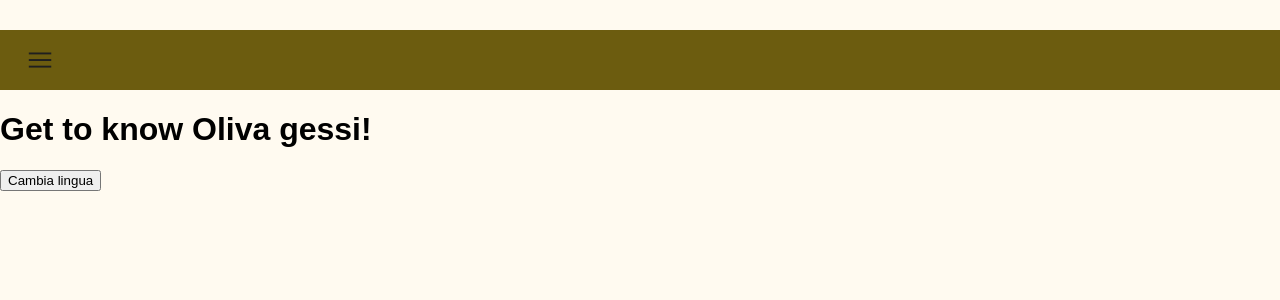
Repository: Seaside-Jokers/Oliva-gessi
Page: index.html
An editor plug-in stored every save of this project. The page is shown before and after a run of saves, followed by the edit.
The browser window is 1280 px wide. The pictures show the whole page.

Above is the page before, as saved 2026-02-16 19:35:27.

### index.html
<!DOCTYPE html>
<html lang="it">
<head>
    <meta charset="UTF-8">
    <title>Oliva gessi</title>
    <link rel="stylesheet" href="src/style.css">
</head>
<body>
    <nav class="navbar">
        <button class="btn-menu" type="button">
            <img src="assets/menu_icon.png" alt="Icona menu" class="icona-menu">
        </button>
    </nav>

    <h1 data-key="titolo">Vieni a conoscere Oliva Gessi!</h1>
    <button onclick="changeState()" type="button">Cambia lingua</button>

    <!-- - - - - - - - - - - - - - - - - - - - - - - - - - - - - - - - - - - - -->
    <!--                              DO NOT TOUCH                             -->
    <!-- - - - - - - - - - - - - - - - - - - - - - - - - - - - - - - - - - - - -->
    <script src="src/database_testo.js"></script>
    <script src="src/color_scheme.js"></script>
</body>

<!-- TODO: leggi questo commento e poi eliminalo per favore: quando vuoi aggiungere un nuovo testo modificalo in src/database_testo.js -->
</html>

### src/style.css
/* -------------------------------------------------------------------------- */
/*                                    BASE                                    */
/* -------------------------------------------------------------------------- */
/* corpo dell'TML */
body {
    font-family: 'Montserrat', sans-serif;
    margin: 0;
    padding: 0;
    padding-top: 30px;
    background-color: var(--colors-background);
}

/* -------------------------------------------------------------------------- */
/*                                   NAVBAR                                   */
/* -------------------------------------------------------------------------- */
nav.navbar {
    display: flex;
    justify-content: space-between;
    align-items: center;
    padding: 10px 20px;
    background-color: var(--colors-primary);
}
.icona-menu {
    width: 30px;
    height: auto;
    display: block;
}

button.btn-menu {
    background: none;
    border: none;
    padding: 5px;
    cursor: pointer;
    transition: transform 0.2s;
}

.btn-menu:hover {
    transform: scale(1.1);
}

/*
    Fonts: https://ctrl-z.it/9-font-architettura-tavole-portfolio https://material-f/
    Design: foundation.github.io/material-theme-builder/
    Fonts: Playfair Display (titoli), Montserrat (testo normale)
*/

### src/database_testo.js
const traduzioni = {
    "it": {
        titolo: "Vieni a conoscere Oliva gessi!",
        home: "Home",
        about: "Chi siamo",
        contact: "Contatti"
    },
    "en": {
        titolo: "Get to know Oliva gessi!",
        home: "Home",
        about: "About us",
        contact: "Contact"
    }
}



/* -------------------------------------------------------------------------- */
/*                                DO NOT TOUCH                                */
/* -------------------------------------------------------------------------- */
var state =  getDefaultLang();

function aggiornaInterfaccia() {
    const elementi = document.querySelectorAll('[data-key]');

    elementi.forEach(el => {
        const chiave = el.getAttribute('data-key');
        const testoTradotto = traduzioni[state][chiave];

        if (testoTradotto) {
            el.textContent = testoTradotto;
        }
    });
}

/* -------------------------------------------------------------------------- */
/*                            Cambiamenti di stato                            */
/* -------------------------------------------------------------------------- */
function getDefaultLang() {
    if(navigator.language.substring(0, 2) === "en")
        return "en";

    return "it";
}
function defaultState() {
    state = getDefaultLang();
    aggiornaInterfaccia();
    return true;
}
function changeStateTo(_state) {
    if(_state !== "it" && _state !== "en") {
        defaultState();
        return;
    }
    state = _state;
    aggiornaInterfaccia();
}
function changeState() {
    if(state === "it")
        changeStateTo("en");
    else
        changeStateTo("it");
}

document.addEventListener("DOMContentLoaded", aggiornaInterfaccia);

### src/color_scheme.js
const ThemeManager = (() => {
    const colorScheme = {
        "light": {
            "primary": "hsl(50, 76%, 24%)",
            "surfaceTint": "hsl(50, 76%, 24%)",
            "onPrimary": "hsl(0, 0%, 100%)",
            "primaryContainer": "hsl(48, 89%, 75%)",
            "onPrimaryContainer": "hsl(51, 100%, 16%)",
            "secondary": "hsl(47, 23%, 33%)",
            "onSecondary": "hsl(0, 0%, 100%)",
            "secondaryContainer": "hsl(46, 60%, 84%)",
            "onSecondaryContainer": "hsl(48, 30%, 24%)",
            "tertiary": "hsl(139, 21%, 33%)",
            "onTertiary": "hsl(0, 0%, 100%)",
            "tertiaryContainer": "hsl(134, 51%, 85%)",
            "onTertiaryContainer": "hsl(141, 28%, 24%)",
            "error": "hsl(0, 75%, 42%)",
            "onError": "hsl(0, 0%, 100%)",
            "errorContainer": "hsl(6, 100%, 92%)",
            "onErrorContainer": "hsl(356, 100%, 29%)",
            "background": "hsl(39, 100%, 97%)",
            "onBackground": "hsl(44, 22%, 10%)",
            "surface": "hsl(39, 100%, 97%)",
            "onSurface": "hsl(44, 22%, 10%)",
            "surfaceVariant": "hsl(42, 38%, 87%)",
            "onSurfaceVariant": "hsl(47, 14%, 26%)",
            "outline": "hsl(46, 9%, 45%)",
            "outlineVariant": "hsl(43, 20%, 75%)",
            "shadow": "hsl(0, 0%, 0%)",
            "scrim": "hsl(0, 0%, 0%)",
            "inverseSurface": "hsl(45, 13%, 18%)",
            "inverseOnSurface": "hsl(40, 57%, 93%)",
            "inversePrimary": "hsl(48, 60%, 65%)",
            "primaryFixed": "hsl(48, 89%, 75%)",
            "onPrimaryFixed": "hsl(48, 100%, 7%)",
            "primaryFixedDim": "hsl(48, 60%, 65%)",
            "onPrimaryFixedVariant": "hsl(51, 100%, 16%)",
            "secondaryFixed": "hsl(46, 60%, 84%)",
            "onSecondaryFixed": "hsl(48, 78%, 7%)",
            "secondaryFixedDim": "hsl(46, 34%, 73%)",
            "onSecondaryFixedVariant": "hsl(48, 30%, 24%)",
            "tertiaryFixed": "hsl(134, 51%, 85%)",
            "onTertiaryFixed": "hsl(147, 100%, 6%)",
            "tertiaryFixedDim": "hsl(135, 29%, 74%)",
            "onTertiaryFixedVariant": "hsl(141, 28%, 24%)",
            "surfaceDim": "hsl(39, 24%, 84%)",
            "surfaceBright": "hsl(39, 100%, 97%)",
            "surfaceContainerLowest": "hsl(0, 0%, 100%)",
            "surfaceContainerLow": "hsl(40, 68%, 94%)",
            "surfaceContainer": "hsl(40, 49%, 92%)",
            "surfaceContainerHigh": "hsl(42, 37%, 89%)",
            "surfaceContainerHighest": "hsl(42, 30%, 87%)"
        },
        "light-medium-contrast": {
            "primary": "hsl(51, 100%, 13%)",
            "surfaceTint": "hsl(50, 76%, 24%)",
            "onPrimary": "hsl(0, 0%, 100%)",
            "primaryContainer": "hsl(49, 61%, 30%)",
            "onPrimaryContainer": "hsl(0, 0%, 100%)",
            "secondary": "hsl(49, 38%, 17%)",
            "onSecondary": "hsl(0, 0%, 100%)",
            "secondaryContainer": "hsl(48, 20%, 38%)",
            "onSecondaryContainer": "hsl(0, 0%, 100%)",
            "tertiary": "hsl(143, 39%, 17%)",
            "onTertiary": "hsl(0, 0%, 100%)",
            "tertiaryContainer": "hsl(139, 18%, 39%)",
            "onTertiaryContainer": "hsl(0, 0%, 100%)",
            "error": "hsl(357, 100%, 23%)",
            "onError": "hsl(0, 0%, 100%)",
            "errorContainer": "hsl(2, 68%, 48%)",
            "onErrorContainer": "hsl(0, 0%, 100%)",
            "background": "hsl(39, 100%, 97%)",
            "onBackground": "hsl(44, 22%, 10%)",
            "surface": "hsl(39, 100%, 97%)",
            "onSurface": "hsl(48, 36%, 5%)",
            "surfaceVariant": "hsl(42, 38%, 87%)",
            "onSurfaceVariant": "hsl(46, 17%, 19%)",
            "outline": "hsl(44, 12%, 30%)",
            "outlineVariant": "hsl(45, 10%, 41%)",
            "shadow": "hsl(0, 0%, 0%)",
            "scrim": "hsl(0, 0%, 0%)",
            "inverseSurface": "hsl(45, 13%, 18%)",
            "inverseOnSurface": "hsl(40, 57%, 93%)",
            "inversePrimary": "hsl(48, 60%, 65%)",
            "primaryFixed": "hsl(49, 61%, 30%)",
            "onPrimaryFixed": "hsl(0, 0%, 100%)",
            "primaryFixedDim": "hsl(51, 94%, 20%)",
            "onPrimaryFixedVariant": "hsl(0, 0%, 100%)",
            "secondaryFixed": "hsl(48, 20%, 38%)",
            "onSecondaryFixed": "hsl(0, 0%, 100%)",
            "secondaryFixedDim": "hsl(49, 25%, 29%)",
            "onSecondaryFixedVariant": "hsl(0, 0%, 100%)",
            "tertiaryFixed": "hsl(139, 18%, 39%)",
            "onTertiaryFixed": "hsl(0, 0%, 100%)",
            "tertiaryFixedDim": "hsl(139, 23%, 29%)",
            "onTertiaryFixedVariant": "hsl(0, 0%, 100%)",
            "surfaceDim": "hsl(41, 16%, 76%)",
            "surfaceBright": "hsl(39, 100%, 97%)",
            "surfaceContainerLowest": "hsl(0, 0%, 100%)",
            "surfaceContainerLow": "hsl(40, 68%, 94%)",
            "surfaceContainer": "hsl(42, 37%, 89%)",
            "surfaceContainerHigh": "hsl(39, 26%, 85%)",
            "surfaceContainerHighest": "hsl(41, 19%, 81%)"
        },
        "light-high-contrast": {
            "primary": "hsl(50, 100%, 10%)",
            "surfaceTint": "hsl(50, 76%, 24%)",
            "onPrimary": "hsl(0, 0%, 100%)",
            "primaryContainer": "hsl(50, 100%, 17%)",
            "onPrimaryContainer": "hsl(0, 0%, 100%)",
            "secondary": "hsl(49, 47%, 13%)",
            "onSecondary": "hsl(0, 0%, 100%)",
            "secondaryContainer": "hsl(48, 28%, 25%)",
            "onSecondaryContainer": "hsl(0, 0%, 100%)",
            "tertiary": "hsl(146, 52%, 13%)",
            "onTertiary": "hsl(0, 0%, 100%)",
            "tertiaryContainer": "hsl(141, 27%, 25%)",
            "onTertiaryContainer": "hsl(0, 0%, 100%)",
            "error": "hsl(357, 100%, 19%)",
            "onError": "hsl(0, 0%, 100%)",
            "errorContainer": "hsl(356, 100%, 30%)",
            "onErrorContainer": "hsl(0, 0%, 100%)",
            "background": "hsl(39, 100%, 97%)",
            "onBackground": "hsl(44, 22%, 10%)",
            "surface": "hsl(39, 100%, 97%)",
            "onSurface": "hsl(0, 0%, 0%)",
            "surfaceVariant": "hsl(42, 38%, 87%)",
            "onSurfaceVariant": "hsl(0, 0%, 0%)",
            "outline": "hsl(48, 19%, 15%)",
            "outlineVariant": "hsl(47, 13%, 27%)",
            "shadow": "hsl(0, 0%, 0%)",
            "scrim": "hsl(0, 0%, 0%)",
            "inverseSurface": "hsl(45, 13%, 18%)",
            "inverseOnSurface": "hsl(0, 0%, 100%)",
            "inversePrimary": "hsl(48, 60%, 65%)",
            "primaryFixed": "hsl(50, 100%, 17%)",
            "onPrimaryFixed": "hsl(0, 0%, 100%)",
            "primaryFixedDim": "hsl(50, 100%, 12%)",
            "onPrimaryFixedVariant": "hsl(0, 0%, 100%)",
            "secondaryFixed": "hsl(48, 28%, 25%)",
            "onSecondaryFixed": "hsl(0, 0%, 100%)",
            "secondaryFixedDim": "hsl(49, 41%, 16%)",
            "onSecondaryFixedVariant": "hsl(0, 0%, 100%)",
            "tertiaryFixed": "hsl(141, 27%, 25%)",
            "onTertiaryFixed": "hsl(0, 0%, 100%)",
            "tertiaryFixedDim": "hsl(145, 43%, 16%)",
            "onTertiaryFixedVariant": "hsl(0, 0%, 100%)",
            "surfaceDim": "hsl(41, 13%, 71%)",
            "surfaceBright": "hsl(39, 100%, 97%)",
            "surfaceContainerLowest": "hsl(0, 0%, 100%)",
            "surfaceContainerLow": "hsl(40, 57%, 93%)",
            "surfaceContainer": "hsl(42, 30%, 87%)",
            "surfaceContainerHigh": "hsl(42, 21%, 82%)",
            "surfaceContainerHighest": "hsl(41, 16%, 76%)"
        },
        "dark": {
            "primary": "hsl(48, 60%, 65%)",
            "surfaceTint": "hsl(48, 60%, 65%)",
            "onPrimary": "hsl(50, 100%, 11%)",
            "primaryContainer": "hsl(51, 100%, 16%)",
            "onPrimaryContainer": "hsl(48, 89%, 75%)",
            "secondary": "hsl(46, 34%, 73%)",
            "onSecondary": "hsl(49, 42%, 15%)",
            "secondaryContainer": "hsl(48, 30%, 24%)",
            "onSecondaryContainer": "hsl(46, 60%, 84%)",
            "tertiary": "hsl(135, 29%, 74%)",
            "onTertiary": "hsl(146, 47%, 15%)",
            "tertiaryContainer": "hsl(141, 28%, 24%)",
            "onTertiaryContainer": "hsl(134, 51%, 85%)",
            "error": "hsl(6, 100%, 84%)",
            "onError": "hsl(357, 100%, 21%)",
            "errorContainer": "hsl(356, 100%, 29%)",
            "onErrorContainer": "hsl(6, 100%, 92%)",
            "background": "hsl(48, 31%, 6%)",
            "onBackground": "hsl(42, 30%, 87%)",
            "surface": "hsl(48, 31%, 6%)",
            "onSurface": "hsl(42, 30%, 87%)",
            "surfaceVariant": "hsl(47, 14%, 26%)",
            "onSurfaceVariant": "hsl(43, 20%, 75%)",
            "outline": "hsl(44, 9%, 55%)",
            "outlineVariant": "hsl(47, 14%, 26%)",
            "shadow": "hsl(0, 0%, 0%)",
            "scrim": "hsl(0, 0%, 0%)",
            "inverseSurface": "hsl(42, 30%, 87%)",
            "inverseOnSurface": "hsl(45, 13%, 18%)",
            "inversePrimary": "hsl(50, 76%, 24%)",
            "primaryFixed": "hsl(48, 89%, 75%)",
            "onPrimaryFixed": "hsl(48, 100%, 7%)",
            "primaryFixedDim": "hsl(48, 60%, 65%)",
            "onPrimaryFixedVariant": "hsl(51, 100%, 16%)",
            "secondaryFixed": "hsl(46, 60%, 84%)",
            "onSecondaryFixed": "hsl(48, 78%, 7%)",
            "secondaryFixedDim": "hsl(46, 34%, 73%)",
            "onSecondaryFixedVariant": "hsl(48, 30%, 24%)",
            "tertiaryFixed": "hsl(134, 51%, 85%)",
            "onTertiaryFixed": "hsl(147, 100%, 6%)",
            "tertiaryFixedDim": "hsl(135, 29%, 74%)",
            "onTertiaryFixedVariant": "hsl(141, 28%, 24%)",
            "surfaceDim": "hsl(48, 31%, 6%)",
            "surfaceBright": "hsl(45, 11%, 21%)",
            "surfaceContainerLowest": "hsl(47, 39%, 5%)",
            "surfaceContainerLow": "hsl(44, 22%, 10%)",
            "surfaceContainer": "hsl(49, 19%, 11%)",
            "surfaceContainerHigh": "hsl(45, 15%, 15%)",
            "surfaceContainerHighest": "hsl(46, 13%, 19%)"
        },
        "dark-medium-contrast": {
            "primary": "hsl(48, 81%, 73%)",
            "surfaceTint": "hsl(48, 60%, 65%)",
            "onPrimary": "hsl(49, 100%, 9%)",
            "primaryContainer": "hsl(49, 44%, 44%)",
            "onPrimaryContainer": "hsl(0, 0%, 0%)",
            "secondary": "hsl(46, 52%, 81%)",
            "onSecondary": "hsl(48, 56%, 11%)",
            "secondaryContainer": "hsl(47, 18%, 52%)",
            "onSecondaryContainer": "hsl(0, 0%, 0%)",
            "tertiary": "hsl(134, 44%, 83%)",
            "onTertiary": "hsl(147, 69%, 10%)",
            "tertiaryContainer": "hsl(137, 15%, 53%)",
            "onTertiaryContainer": "hsl(0, 0%, 0%)",
            "error": "hsl(7, 100%, 90%)",
            "onError": "hsl(358, 100%, 16%)",
            "errorContainer": "hsl(4, 100%, 64%)",
            "onErrorContainer": "hsl(0, 0%, 0%)",
            "background": "hsl(48, 31%, 6%)",
            "onBackground": "hsl(42, 30%, 87%)",
            "surface": "hsl(48, 31%, 6%)",
            "onSurface": "hsl(0, 0%, 100%)",
            "surfaceVariant": "hsl(47, 14%, 26%)",
            "onSurfaceVariant": "hsl(43, 31%, 84%)",
            "outline": "hsl(42, 14%, 67%)",
            "outlineVariant": "hsl(44, 9%, 55%)",
            "shadow": "hsl(0, 0%, 0%)",
            "scrim": "hsl(0, 0%, 0%)",
            "inverseSurface": "hsl(42, 30%, 87%)",
            "inverseOnSurface": "hsl(45, 15%, 15%)",
            "inversePrimary": "hsl(50, 100%, 17%)",
            "primaryFixed": "hsl(48, 89%, 75%)",
            "onPrimaryFixed": "hsl(46, 100%, 4%)",
            "primaryFixedDim": "hsl(48, 60%, 65%)",
            "onPrimaryFixedVariant": "hsl(51, 100%, 13%)",
            "secondaryFixed": "hsl(46, 60%, 84%)",
            "onSecondaryFixed": "hsl(46, 100%, 4%)",
            "secondaryFixedDim": "hsl(46, 34%, 73%)",
            "onSecondaryFixedVariant": "hsl(49, 38%, 17%)",
            "tertiaryFixed": "hsl(134, 51%, 85%)",
            "onTertiaryFixed": "hsl(143, 100%, 4%)",
            "tertiaryFixedDim": "hsl(135, 29%, 74%)",
            "onTertiaryFixedVariant": "hsl(143, 39%, 17%)",
            "surfaceDim": "hsl(48, 31%, 6%)",
            "surfaceBright": "hsl(43, 11%, 25%)",
            "surfaceContainerLowest": "hsl(40, 50%, 2%)",
            "surfaceContainerLow": "hsl(44, 21%, 10%)",
            "surfaceContainer": "hsl(49, 15%, 14%)",
            "surfaceContainerHigh": "hsl(45, 13%, 18%)",
            "surfaceContainerHighest": "hsl(42, 11%, 23%)"
        },
        "dark-high-contrast": {
            "primary": "hsl(47, 100%, 86%)",
            "surfaceTint": "hsl(48, 60%, 65%)",
            "onPrimary": "hsl(0, 0%, 0%)",
            "primaryContainer": "hsl(48, 57%, 63%)",
            "onPrimaryContainer": "hsl(44, 100%, 3%)",
            "secondary": "hsl(46, 89%, 89%)",
            "onSecondary": "hsl(0, 0%, 0%)",
            "secondaryContainer": "hsl(46, 32%, 71%)",
            "onSecondaryContainer": "hsl(44, 100%, 3%)",
            "tertiary": "hsl(134, 80%, 90%)",
            "onTertiary": "hsl(0, 0%, 0%)",
            "tertiaryContainer": "hsl(135, 28%, 72%)",
            "onTertiaryContainer": "hsl(140, 100%, 3%)",
            "error": "hsl(8, 100%, 96%)",
            "onError": "hsl(0, 0%, 0%)",
            "errorContainer": "hsl(7, 100%, 82%)",
            "onErrorContainer": "hsl(358, 100%, 7%)",
            "background": "hsl(48, 31%, 6%)",
            "onBackground": "hsl(42, 30%, 87%)",
            "surface": "hsl(48, 31%, 6%)",
            "onSurface": "hsl(0, 0%, 100%)",
            "surfaceVariant": "hsl(47, 14%, 26%)",
            "onSurfaceVariant": "hsl(0, 0%, 100%)",
            "outline": "hsl(42, 62%, 92%)",
            "outlineVariant": "hsl(42, 18%, 74%)",
            "shadow": "hsl(0, 0%, 0%)",
            "scrim": "hsl(0, 0%, 0%)",
            "inverseSurface": "hsl(42, 30%, 87%)",
            "inverseOnSurface": "hsl(0, 0%, 0%)",
            "inversePrimary": "hsl(50, 100%, 17%)",
            "primaryFixed": "hsl(48, 89%, 75%)",
            "onPrimaryFixed": "hsl(0, 0%, 0%)",
            "primaryFixedDim": "hsl(48, 60%, 65%)",
            "onPrimaryFixedVariant": "hsl(46, 100%, 4%)",
            "secondaryFixed": "hsl(46, 60%, 84%)",
            "onSecondaryFixed": "hsl(0, 0%, 0%)",
            "secondaryFixedDim": "hsl(46, 34%, 73%)",
            "onSecondaryFixedVariant": "hsl(46, 100%, 4%)",
            "tertiaryFixed": "hsl(134, 51%, 85%)",
            "onTertiaryFixed": "hsl(0, 0%, 0%)",
            "tertiaryFixedDim": "hsl(135, 29%, 74%)",
            "onTertiaryFixedVariant": "hsl(143, 100%, 4%)",
            "surfaceDim": "hsl(48, 31%, 6%)",
            "surfaceBright": "hsl(46, 8%, 30%)",
            "surfaceContainerLowest": "hsl(0, 0%, 0%)",
            "surfaceContainerLow": "hsl(49, 19%, 11%)",
            "surfaceContainer": "hsl(45, 13%, 18%)",
            "surfaceContainerHigh": "hsl(45, 11%, 22%)",
            "surfaceContainerHighest": "hsl(46, 10%, 26%)"
        }
    };

    let currentColorScheme = null;
    const STORAGE_KEY = 'user-color-scheme';
    const listeners = [];

    /**
     * Estrae il livello di contrasto dallo schema corrente
     * @param {string} scheme - Nome dello schema (es. 'dark-high-contrast')
     * @returns {string} Il livello di contrasto ('', 'medium-contrast', 'high-contrast')
     */
    function getContrastLevel(scheme) {
        if (scheme.includes('high-contrast')) return 'high-contrast';
        if (scheme.includes('medium-contrast')) return 'medium-contrast';
        return '';
    }

    /**
     * Ottiene lo schema colore preferito dal sistema operativo
     * @returns {string} 'dark' o 'light'
     */
    function getBrowserColorScheme() {
        if (window.matchMedia?.('(prefers-color-scheme: dark)').matches) {
            return 'dark';
        }
        return 'light';
    }

    /**
     * Aggiorna le variabili CSS con i colori dello schema corrente
     */
    function updateThemeColors() {
        const colors = colorScheme[currentColorScheme];
        if (!colors) {
            console.error(`Impossibile trovare i colori per lo schema: ${currentColorScheme}`);
            return;
        }

        const root = document.documentElement;

        // Applica ogni colore come variabile CSS
        for (const [key, value] of Object.entries(colors)) {
            const cssVarName = key.replace(/([A-Z])/g, '-$1').toLowerCase();
            root.style.setProperty(`--colors-${cssVarName}`, value);
        }

        // Notifica i listener del cambio tema
        notifyListeners(currentColorScheme);
    }

    /**
     * Cambia lo schema colore
     * @param {string} scheme - Nome dello schema da applicare
     * @returns {boolean} True se il cambio è avvenuto con successo
     */
    function changeColorScheme(scheme) {
        if (!colorScheme[scheme]) {
            console.error(`Schema colore non valido: ${scheme}`);
            return false;
        }

        currentColorScheme = scheme;
        updateThemeColors();

        // Salva la preferenza in localStorage
        try {
            localStorage.setItem(STORAGE_KEY, scheme);
        } catch (e) {
            console.warn('Impossibile salvare le preferenze tema:', e);
        }

        return true;
    }

    /**
     * Alterna tra modalità chiara e scura mantenendo il livello di contrasto
     */
    function toggleLightDark() {
        const isDark = currentColorScheme.startsWith('dark');
        const contrastLevel = getContrastLevel(currentColorScheme);

        const newScheme = isDark
            ? (contrastLevel ? `light-${contrastLevel}` : 'light')
            : (contrastLevel ? `dark-${contrastLevel}` : 'dark');

        changeColorScheme(newScheme);
    }

    /**
     * Imposta lo schema colore con livello di contrasto opzionale
     * @param {string} scheme - 'light' o 'dark'
     * @param {string} contrastLevel - '', 'medium-contrast' o 'high-contrast'
     */
    function setColorScheme(scheme, contrastLevel = '') {
        const fullScheme = contrastLevel ? `${scheme}-${contrastLevel}` : scheme;
        changeColorScheme(fullScheme);
    }

    /**
     * Registra un listener per i cambiamenti di tema
     * @param {Function} callback - Funzione chiamata quando il tema cambia
     * @returns {Function} Funzione per rimuovere il listener
     */
    function addThemeChangeListener(callback) {
        if (typeof callback !== 'function') {
            console.error('Il listener deve essere una funzione');
            return () => {};
        }

        listeners.push(callback);

        // Restituisce funzione per rimuovere il listener
        return () => {
            const index = listeners.indexOf(callback);
            if (index > -1) {
                listeners.splice(index, 1);
            }
        };
    }

    /**
     * Notifica tutti i listener del cambio tema
     * @param {string} newScheme - Il nuovo schema applicato
     */
    function notifyListeners(newScheme) {
        listeners.forEach(callback => {
            try {
                callback(newScheme);
            } catch (e) {
                console.error('Errore nel listener del tema:', e);
            }
        });
    }

    /**
     * Resetta le preferenze salvate e torna allo schema di sistema
     */
    function resetToSystemPreference() {
        try {
            localStorage.removeItem(STORAGE_KEY);
        } catch (e) {
            console.warn('Impossibile rimuovere le preferenze salvate:', e);
        }

        const systemScheme = getBrowserColorScheme();
        changeColorScheme(systemScheme);
    }

    /**
     * Ottiene tutti gli schemi disponibili
     * @returns {string[]} Array con i nomi di tutti gli schemi disponibili
     */
    function getAvailableSchemes() {
        return Object.keys(colorScheme);
    }

    /**
     * Verifica se lo schema corrente è scuro
     * @returns {boolean} True se il tema corrente è scuro
     */
    function isDarkMode() {
        return currentColorScheme?.startsWith('dark') ?? false;
    }

    /**
     * Inizializza il sistema di gestione temi
     */
    function init() {
        // 1. Cerca una preferenza salvata
        let savedScheme = null;
        try {
            savedScheme = localStorage.getItem(STORAGE_KEY);
        } catch (e) {
            console.warn('Impossibile leggere le preferenze tema:', e);
        }

        // 2. Usa quella salvata se valida, altrimenti usa quella del sistema
        const initialScheme = savedScheme && colorScheme[savedScheme]
            ? savedScheme
            : getBrowserColorScheme();

        changeColorScheme(initialScheme);

        // 3. Ascolta i cambiamenti di preferenza di sistema
        const mediaQuery = window.matchMedia?.('(prefers-color-scheme: dark)');
        if (mediaQuery) {
            mediaQuery.addEventListener('change', (e) => {
                // Aggiorna solo se non c'è una preferenza salvata dall'utente
                try {
                    const hasSavedPreference = localStorage.getItem(STORAGE_KEY);
                    if (!hasSavedPreference) {
                        const systemScheme = e.matches ? 'dark' : 'light';
                        const contrastLevel = getContrastLevel(currentColorScheme);
                        setColorScheme(systemScheme, contrastLevel);
                    }
                } catch (err) {
                    console.warn('Errore nella gestione del cambio tema di sistema:', err);
                }
            });
        }
    }

    // Espone l'API pubblica
    return {
        init,
        changeColorScheme,
        toggleLightDark,
        setColorScheme,
        getCurrentScheme: () => currentColorScheme,
        getAvailableSchemes,
        isDarkMode,
        addThemeChangeListener,
        resetToSystemPreference
    };
})();

// Inizializza automaticamente quando il DOM è pronto
if (document.readyState === 'loading') {
    document.addEventListener('DOMContentLoaded', ThemeManager.init);
} else {
    ThemeManager.init();
}

After the next 3 saves:
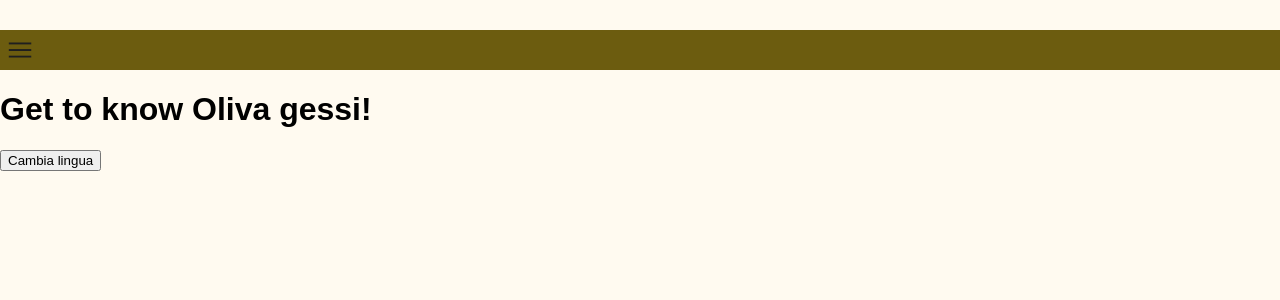
The 3 saves are shown as one change because they came seconds apart.
The last was saved 11 s later.
--- a/src/style.css
+++ b/src/style.css
@@ -17,7 +17,6 @@ nav.navbar {
     display: flex;
     justify-content: space-between;
     align-items: center;
-    padding: 10px 20px;
     background-color: var(--colors-primary);
 }
 .icona-menu {
